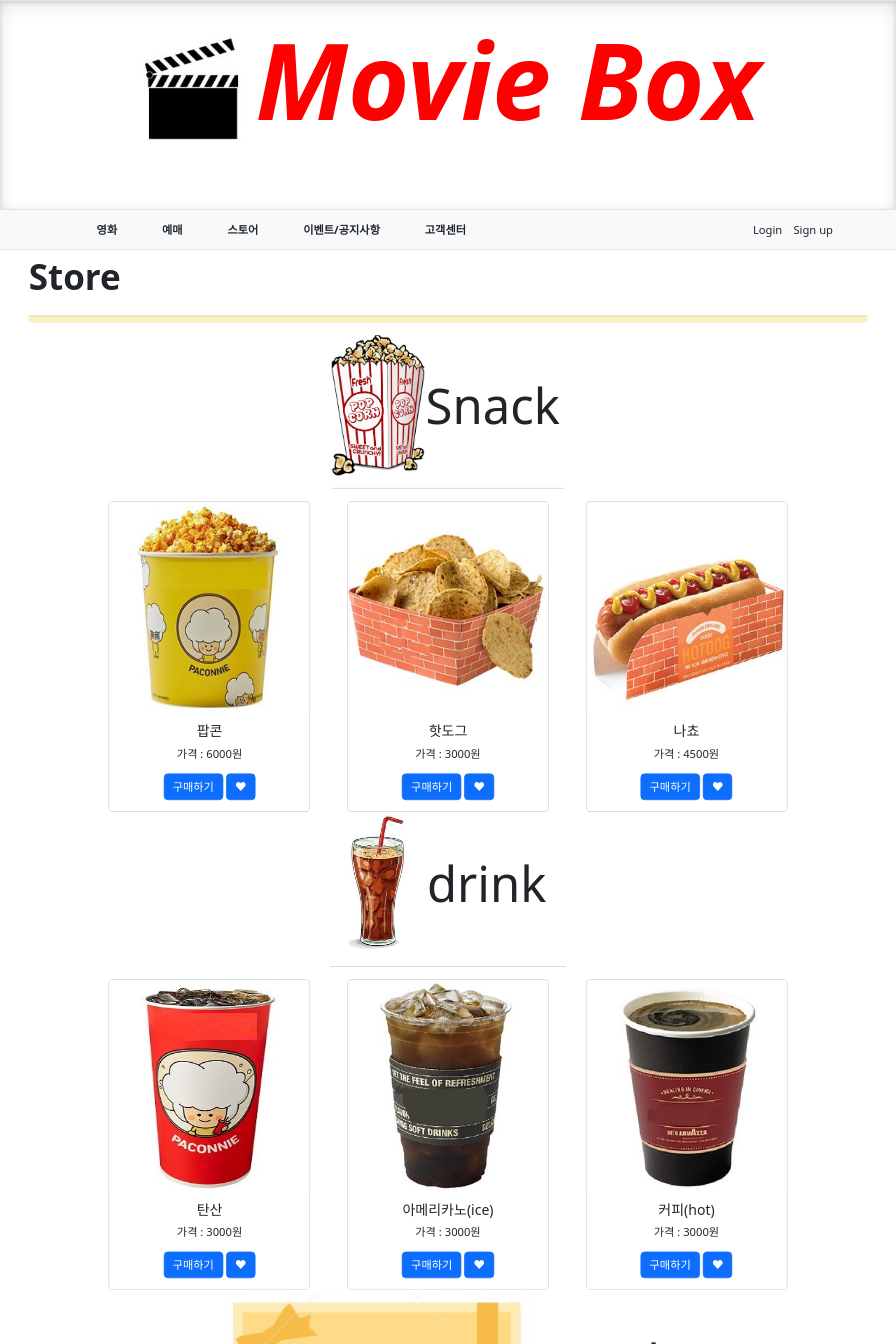
Repository: SpearManCN/MovieBox-2nd-Project-
Page: http://localhost/prj_01/WEB-INF/views/storeForm.jsp
These files come from the project's save history. The page is drawn as it stood at one moment and after the next save; the edit follows.
The browser window is 1280 px wide. The pictures show the part of the page from y = 0 to 1920 px (the page is 2903 px tall), at 70% of full size.
The page is served by Tomcat 9. Nobody is signed in. The template is opened directly, without the code that normally fills it, so the values that code supplies are empty.

Above is the page before, as saved 2022-12-13 16:29:52.

After the next save:
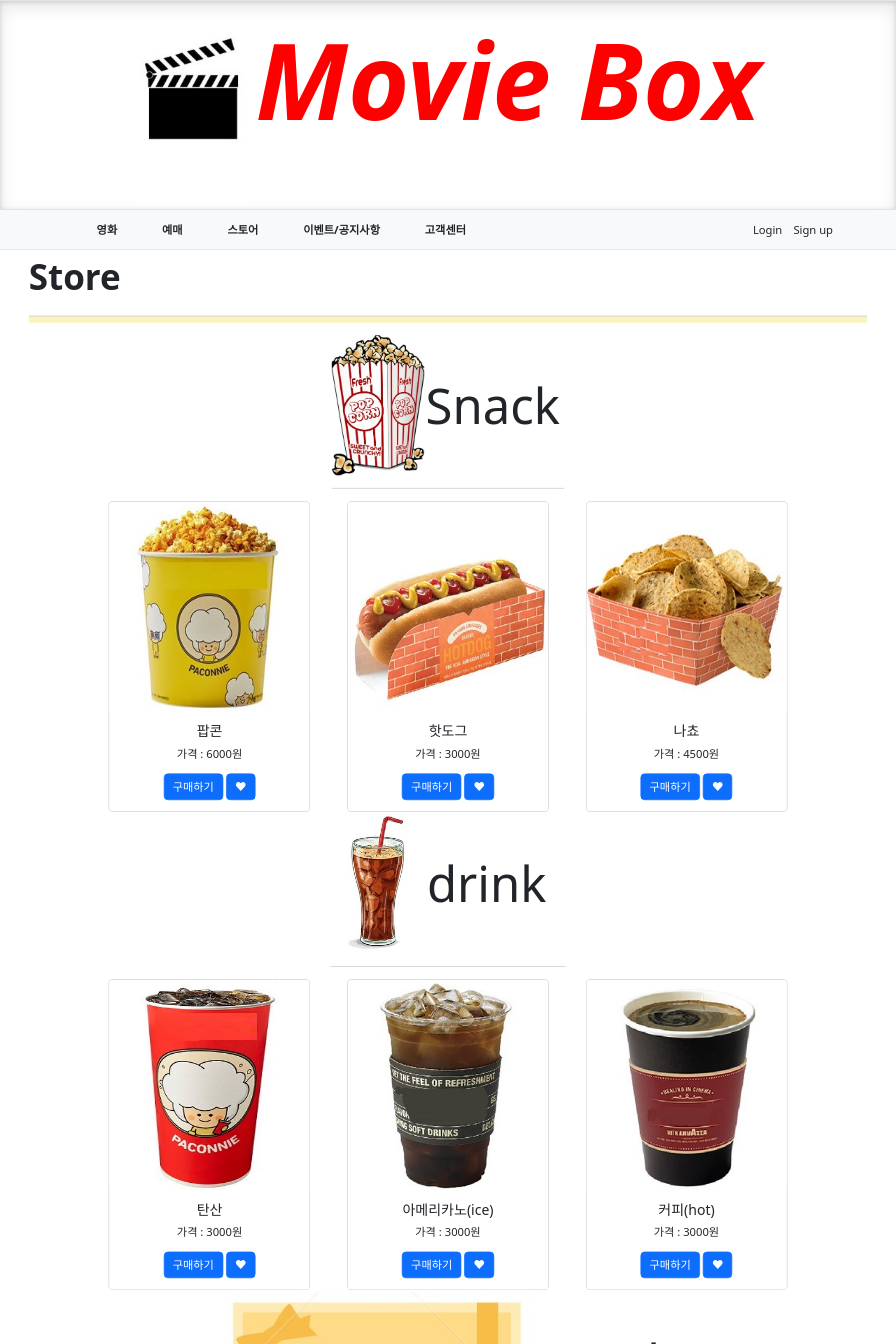
Saved 12 h 26 min later.
--- a/Second project/prj_01/src/main/webapp/WEB-INF/views/storeForm.jsp
+++ b/Second project/prj_01/src/main/webapp/WEB-INF/views/storeForm.jsp
@@ -46,7 +46,7 @@
 </div>
 </div>
 	<div class="col"><div class="card" style="width: 18rem;">
-  <img src="resources/img/snack1.jpg" class="card-img-top" width="100px" height="300px" >
+  <img src="resources/img/snack2.jpg" class="card-img-top" width="100px" height="300px" >
   <div class="card-body">
     <h5 class="card-title">핫도그</h5>
     <p class="card-text">가격 : 3000원 </p>
@@ -55,7 +55,7 @@
   </div>
 </div></div>
 	<div class="col">	<div class="card" style="width: 18rem;">
-  <img src="resources/img/snack2.jpg" class="card-img-top" width="100px" height="300px">
+  <img src="resources/img/snack1.jpg" class="card-img-top" width="100px" height="300px">
   <div class="card-body">
     <h5 class="card-title">나쵸</h5>
     <p class="card-text">가격 : 4500원</p>
